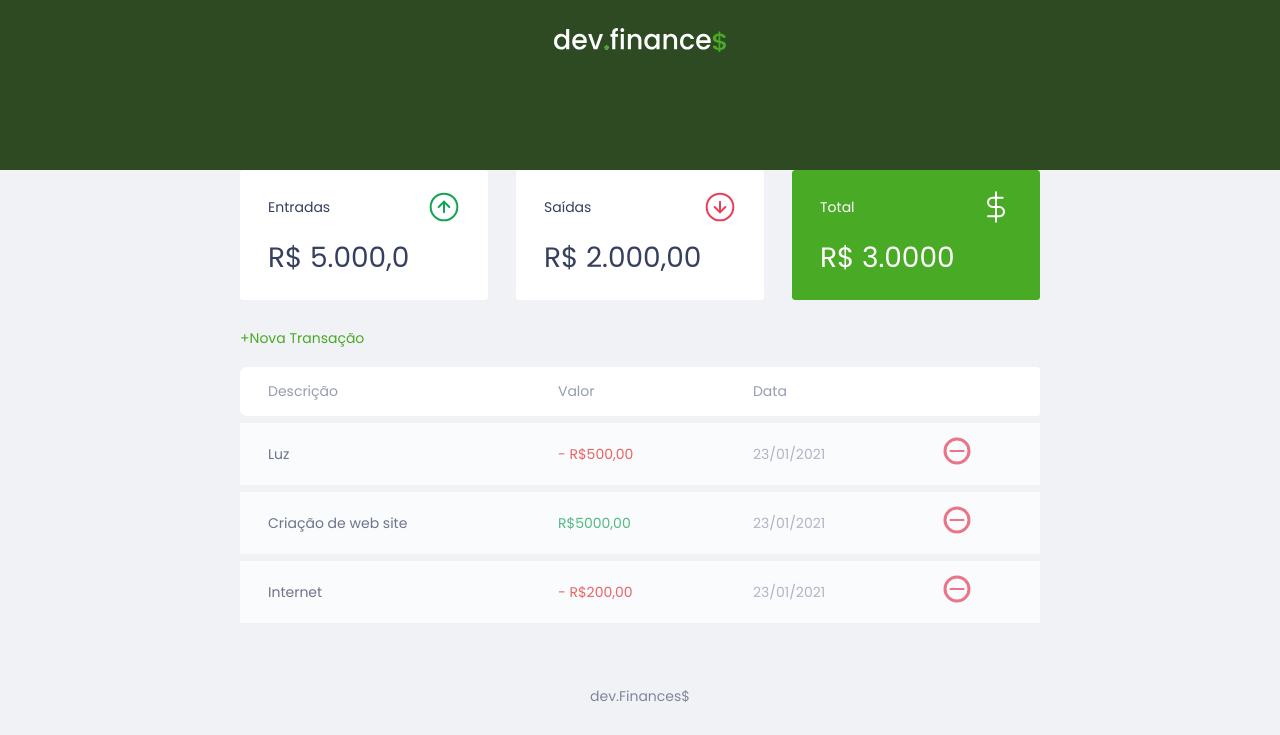
Repository: rafaelmgr12/maratona-dev01
Page: index.html
The author's editor kept a copy of each file at every save. The page is drawn from the files as they stood at one save, then again after the next save.
The browser window is 1280 px wide. The pictures show the whole page.

Above is the page before, as saved 2021-04-28 11:20:19.

### index.html
<!DOCTYPE html>
<html lang="pt-br">
  <head>
    <meta charset="UTF-8" />
    <meta http-equiv="X-UA-Compatible" content="IE=edge" />
    <meta name="viewport" content="width=device-width, initial-scale=1.0" />
    <title>Rafael-app.finance$</title>
    <link rel="stylesheet" href="style.css" />
    <link rel="preconnect" href="https://fonts.gstatic.com" />
    <link
      href="https://fonts.googleapis.com/css2?family=Poppins:ital,wght@0,100;0,400;0,700;1,100;1,400;1,700&display=swap"
      rel="stylesheet"
    />
  </head>
  <body>
    <header>
      <img src="./assets/logo.svg" alt="Logo dev.Finance" />
    </header>
    <main class="container">
      <section id="balance">
        <h2 class="sr-only">Balanço</h2>

        <div class="card">
          <h3>
            <span>Entradas </span>
            <img src="./assets/income.svg" alt="Imagem de entradas" />
          </h3>
          <p>R$ 5.000,0</p>
        </div>
        <div class="card">
          <h3>
            <span>Saídas</span>
            <img src="./assets/expense.svg" alt="Image de saídas" />
          </h3>
          <p>R$ 2.000,00</p>
        </div>
        <div class="card total">
          <h3>
            <span>Total</span>
            <img src="./assets/total.svg" alt="Image de total" />
          </h3>
          <p>R$ 3.0000</p>
        </div>
      </section>
      <section id="transaction">
        <h2 class="sr-only">Transações</h2>

        <a href="#" class="button new">+Nova Transação</a>

        <table id="data-table">
          <thead>
            <tr>
              <th>Descrição</th>
              <th>Valor</th>
              <th>Data</th>
              <th></th>
            </tr>
          </thead>
          <tbody>
            <tr>
              <td class="description">Luz</td>
              <td class="expense">- R$500,00</td>
              <td class="date">23/01/2021</td>
              <td><img src="./assets/minus.svg" alt="Retirar Transação"></td>

            </tr>
            <tr>
              <td class="description">Criação de web site</td>
              <td class="income">R$5000,00</td>
              <td class="date">23/01/2021</td>
              <td><img src="./assets/minus.svg" alt="Retirar Transação"></td>
            </tr>
            <tr>
              <td class="description">Internet</td>
              <td class="expense">- R$200,00</td>
              <td class="date">23/01/2021</td>
              <td><img src="./assets/minus.svg" alt="Retirar Transação"></td>

            </tr>
          </tbody>
        </table>
      </section>
    </main>
    <div class="modal-overlay">
      <div class="modal">
        <div class="modal-content">
          Oi
        </div>
      </div>
    </div>
    <footer>dev.Finances$</footer>
  </body>
</html>

### style.css
/* Global ======================================== */
:root {
  --dark-blue: #363f5f;
}
* {
  margin: 0;
  padding: 0;
  box-sizing: border-box;
}

html{
  font-size: 93.75%; /* 15px */
}

body {
  background: #f0f2f5;
  font-family: "Poppins", sans-serif;
}
/*Tricks para sumir elementos da tela, mantendo a funcionalidade de um screenreader*/
.sr-only{
  position: absolute;
  width: 1px;
  height: 1px;
  padding: 0;
  margin: -1px;
  overflow: hidden;
  clip: rect(0,0,0,0);
  white-space: nowrap;
  border-width: 0;

}
.container {
  width: min(90vw, 800px);
  margin: auto;
}
/* Titles ======================================== */
h2 {
  margin-top: 3.2rem;
  margin-bottom: 0.8rem;
  color: var(--dark-blue);

  font-weight: normal;
}
/* Links and Buttons ======================================== */
a{
  color: #49aa26;
  text-decoration: none;
}

a:hover {
  color: #3dd705;
}

.button.new{
  display: inline-block;
  margin-bottom: .8rem;

}


/* Header ======================================== */
header {
  background: #2d4a22;
  padding: 2rem 0 8rem;
  text-align: center;
}

#logo {
  color: #fff;
  font-weight: 100;
}

/* Balance ======================================== */
balance {
  margin-top: -8rem;
}

balance h2 {
  color: white;
  margin-top: 0;
}

/* Cards ======================================== */

.card {
  background : white;
  padding: 1.5rem 2rem;
  border-radius: 0.25rem;

  margin-bottom: 2rem;

  color: var(--dark-blue);
}

.card h3 {
  font-weight: normal;
  font-size: 1rem;
  display : flex;
  align-items: center;
  justify-content: space-between;
}

.card p {
  font-size: 2rem;
  line-height: 3rem;

  margin-top: 1rem;
}

.card.total {
  background: #49aa26;
  color: white;
}
/* Table  ======================================== */
#transaction {
  display: block;
  width: 100%;
  overflow-x: auto;
}
#data-table {

  width: 100%;
  border-spacing: 0 0.5rem;
  color: #969cb3;

  overflow-x: auto; /*Para lidar com transbordamento do container*/
}
table thead tr th:first-child,
table thead tr td:first-child
{
  border-radius: 0.5rem 0 0 0.5rem;
}

table thead tr th:last-child,
table thead tr td:last-child {
  border-radius: 0 0.25rem 0.25rem 0 ;

}

table thead th {
  background: white;

  font-weight: normal;
  padding: 1rem 2rem;
  text-align: left;
}
table tbody tr {
  opacity: 0.7;
}
table tr:hover {
  opacity: 1;
}
table tbody td {
  background: white;
  padding: 1rem 2rem;
}

td.description {
  color: var(--dark-blue);
}

td.income {
  color: #12a454;
}
td.expense {
    color : #e92929;
}
/* Modal ======================================== */
.modal-overlay{
  width: 100%;
  height: 100%;

  background-color: rgb(0,0,0,0.7);
  position: fixed;
  top: 0;

  display:flex;
  align-items: center;
  justify-content: center;

  opacity: 0;
  visibility: hidden
}
.modal-overlay.active {
  opacity: 1;
  visibility : visible;
}
.modal{
  background : #f0f2f5;
  padding : 2.4rem;
  position: relative;
}


/* footer ======================================== */
footer {
  text-align: center;
  padding : 4rem 0 2rem;
  color: var(--dark-blue);

  opacity : 0.6;
}
/* Responsive ======================================== */

@media(min-width: 800px){
  html{
    font-size: 87.5%;

  }
  #balance{
    display: grid;
    grid-template-columns: repeat(3,1fr);
    gap: 2rem;

  }
}

After the next save:
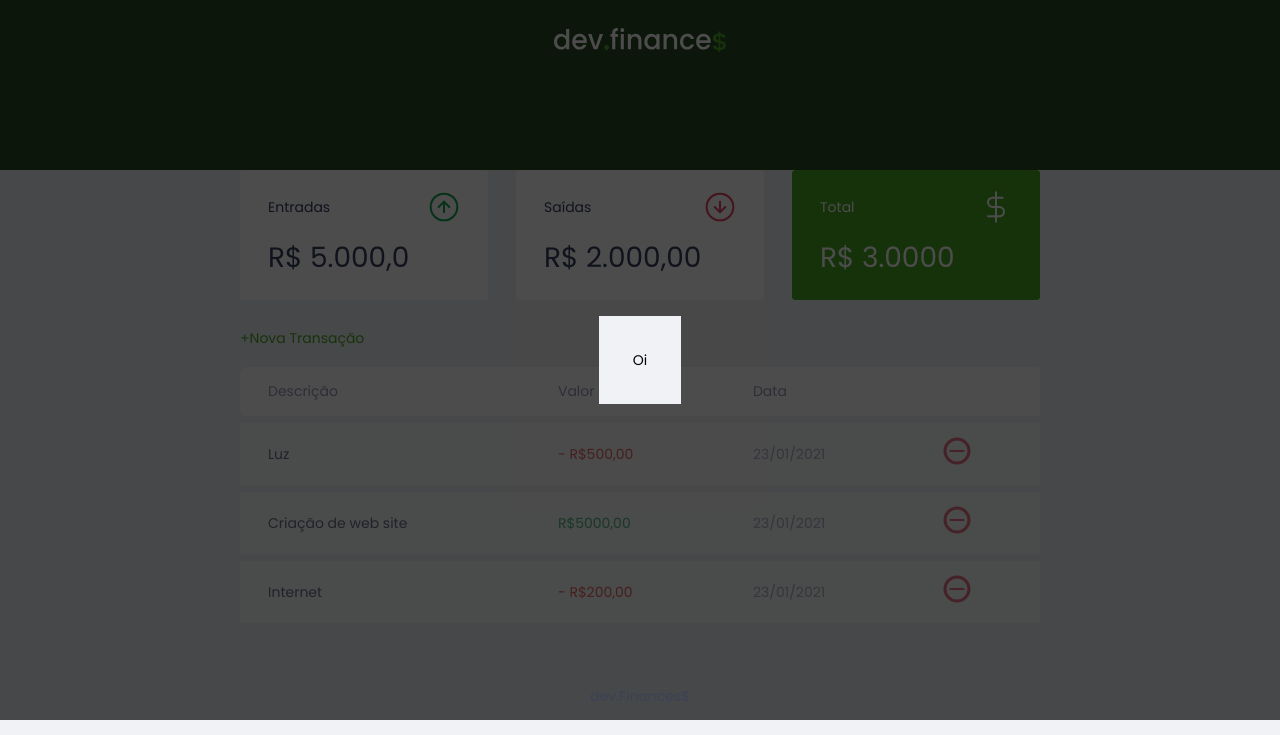
Saved 32 s later.
--- a/index.html
+++ b/index.html
@@ -81,11 +81,11 @@
         </table>
       </section>
     </main>
-    <div class="modal-overlay">
+    <div class="modal-overlay active">
       <div class="modal">
-        <div class="modal-content">
+
           Oi
-        </div>
+
       </div>
     </div>
     <footer>dev.Finances$</footer>
